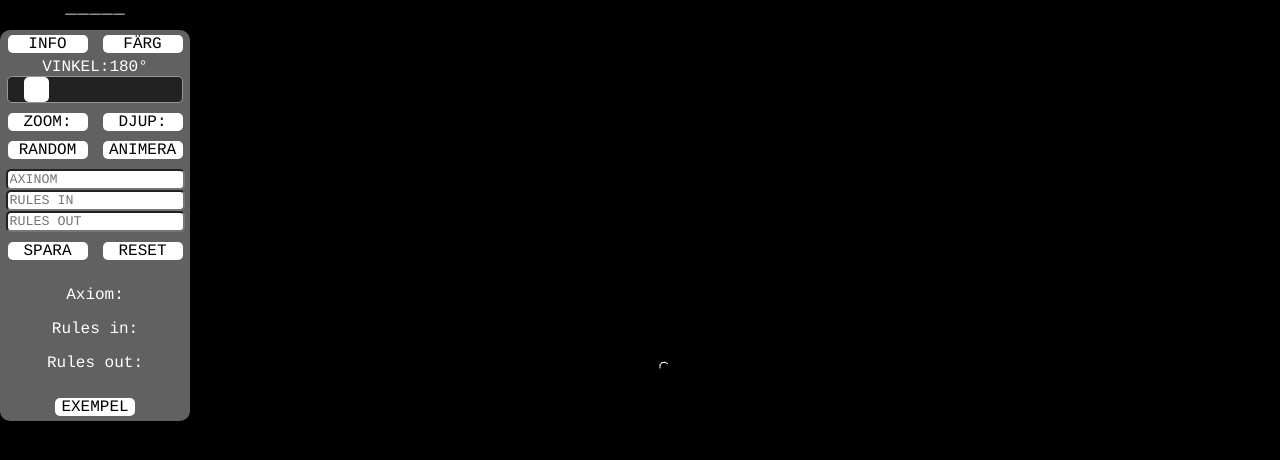
Repository: Gabrielw123/Fraktalgenerator
Page: fraktaler/test/index.html
These files come from the project's save history. The page is drawn as it stood at one moment and after the next save; the edit follows.
The browser window is 1280 px wide. The pictures show the whole page.
Some web libraries are served in a nearby version.

Above is the page before, as saved 2022-01-13 13:34:07.

After the next save:
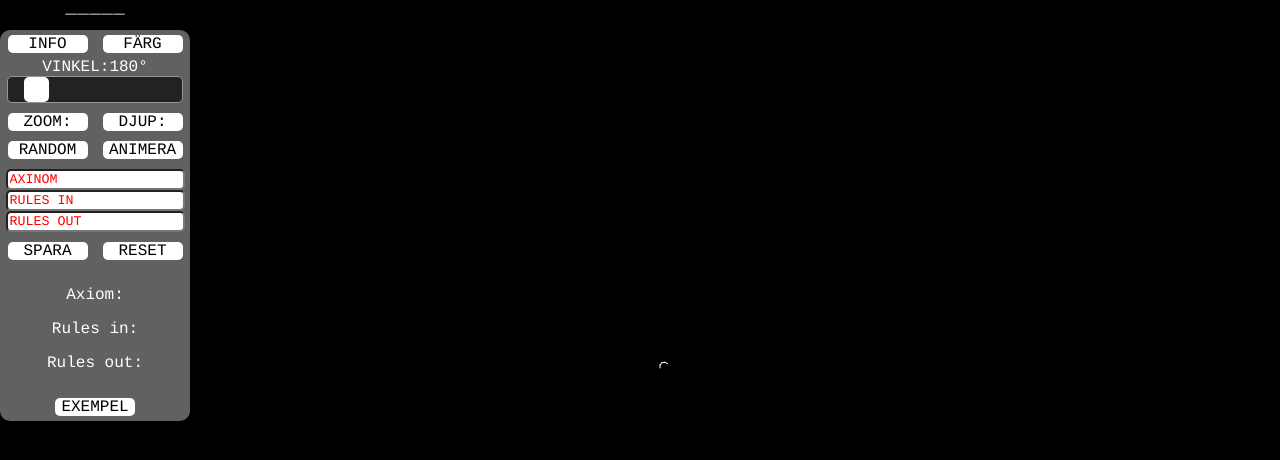
Saved 66 s later.
--- a/fraktaler/test/style.css
+++ b/fraktaler/test/style.css
@@ -5,6 +5,20 @@ body {
   text-align: center;
 }
 
+::placeholder {
+  color: red;
+  opacity: 1; /* Firefox */
+}
+
+:-ms-input-placeholder {
+  /* Internet Explorer 10-11 */
+  color: red;
+}
+
+::-ms-input-placeholder {
+  /* Microsoft Edge */
+  color: red;
+}
 .input {
   width: 90%;
   border-radius: 5px;
